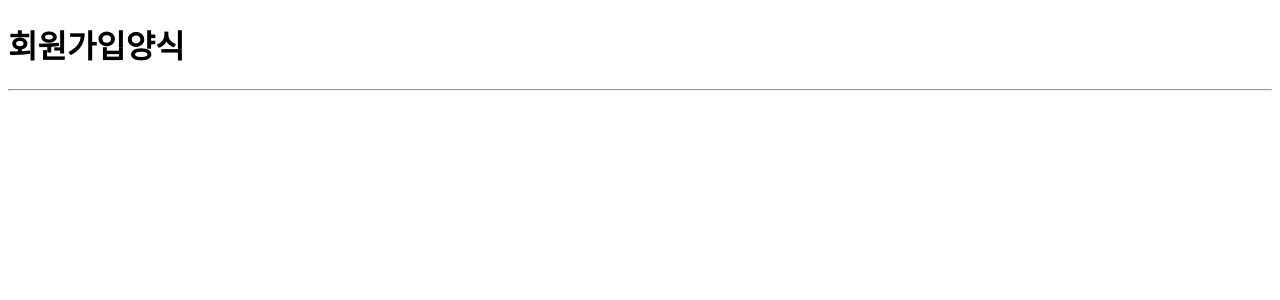
Repository: JWbase/Web_JAVA
Page: web-workspace/03_dbProject/src/main/webapp/html/joinFrm.html
An editor plug-in stored every save of this project. The page is shown before and after the next save, followed by the edit.
The browser window is 1280 px wide. The pictures show the whole page.

Above is the page before, as saved 2022-08-30 01:22:49.

### web-workspace/03_dbProject/src/main/webapp/html/joinFrm.html
<!DOCTYPE html>
<html>
<head>
<meta charset="UTF-8">
<title>Insert title here</title>
</head>
<body>
	<h1>회원가입양식</h1>
	<hr>
</body>
</html>

After the next save:
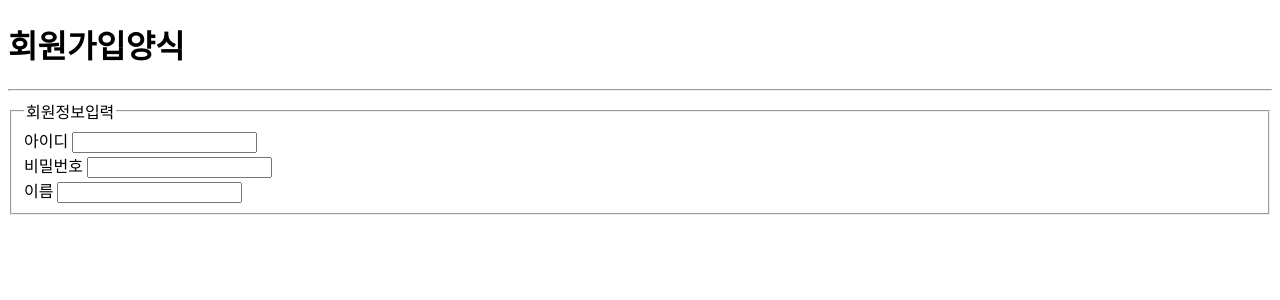
Saved 15 min 57 s later.
--- a/web-workspace/03_dbProject/src/main/webapp/html/joinFrm.html
+++ b/web-workspace/03_dbProject/src/main/webapp/html/joinFrm.html
@@ -7,5 +7,16 @@
 <body>
 	<h1>회원가입양식</h1>
 	<hr>
+	<form action="/join.do" method="post">
+	<fieldset>
+		<legend>회원정보입력</legend>
+		<label for="memberId">아이디</label>
+		<input type="text" name="memberId" id="memberId"><br>
+		<label for="memberPw">비밀번호</label>
+		<input type="password" name="memberPw" id="memberPw"><br>
+		<label for="memberName">이름</label>
+		<input type="text" name="memberName" id="memberName"><br>
+	</fieldset>
+	</form>
 </body>
 </html>
